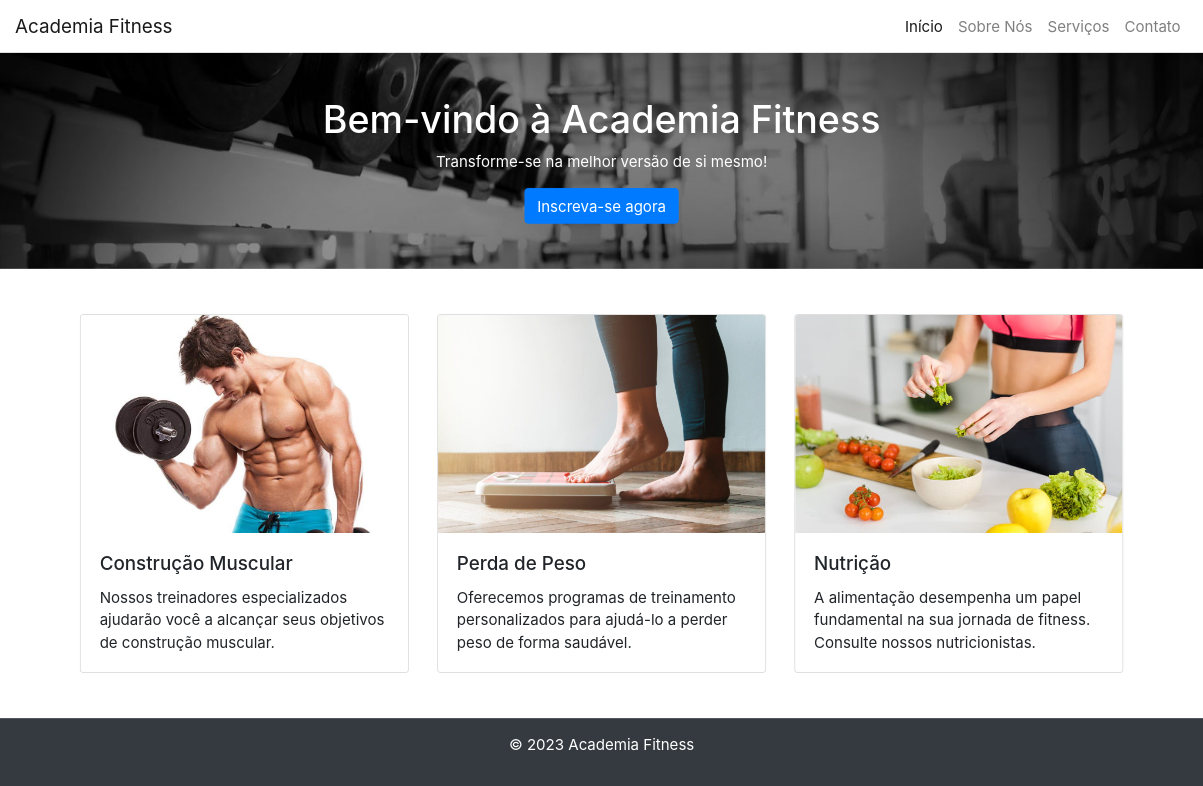
Repository: 01nethy/pratica14
Page: index.html
These files come from the project's save history. The page is drawn as it stood at one moment and after the next save; the edit follows.
The browser window is 1280 px wide. The pictures show the whole page, at 94% of full size.

Above is the page before, as saved 2023-09-07 23:47:00.

After the next save:
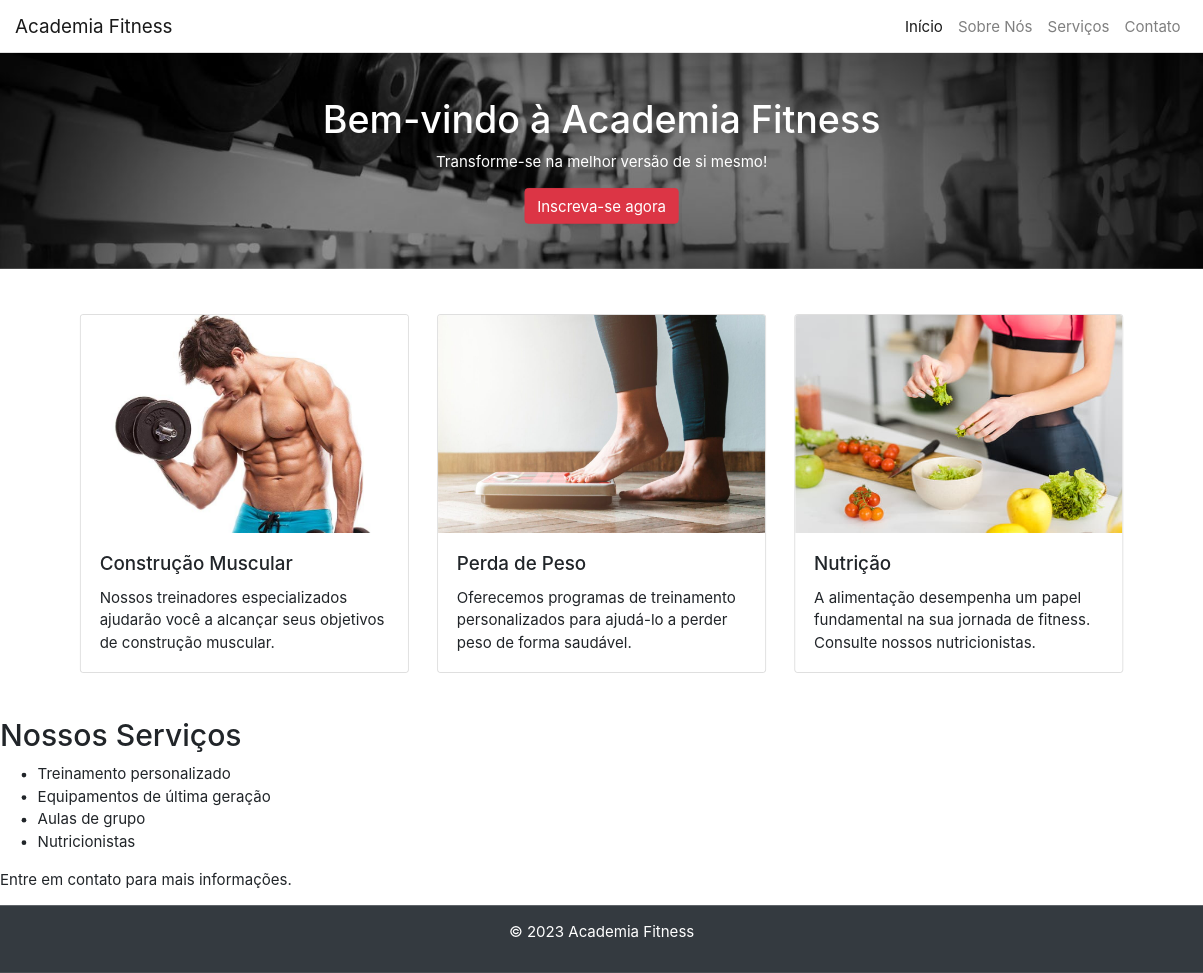
Saved 8 min 52 s later.
--- a/index.html
+++ b/index.html
@@ -37,7 +37,7 @@
 <header id="fundo" class="py-5 text-center">
     <h1>Bem-vindo à Academia Fitness</h1>
     <p>Transforme-se na melhor versão de si mesmo!</p>
-    <a class="btn btn-primary" href="#">Inscreva-se agora</a>
+    <a class="btn btn-danger" href="#">Inscreva-se agora</a>
 </header>
 
 <!-- Seção de Destaque -->
@@ -73,6 +73,19 @@
     </div>
 </section>
 
+          <!-- Elemento aside da academia -->
+            <aside class="academia-aside">
+                <h2>Nossos Serviços</h2>
+                <ul>
+                    <li> Treinamento personalizado</li>
+                    <li> Equipamentos de última geração</li>
+                    <li> Aulas de grupo</li>
+                    <li> Nutricionistas</li>
+                </ul>
+                <p>Entre em contato para mais informações.</p>
+            </aside>
+
+
 <!-- Rodapé -->
 <footer class="bg-dark text-white text-center py-3">
     <p>&copy; 2023 Academia Fitness</p>
